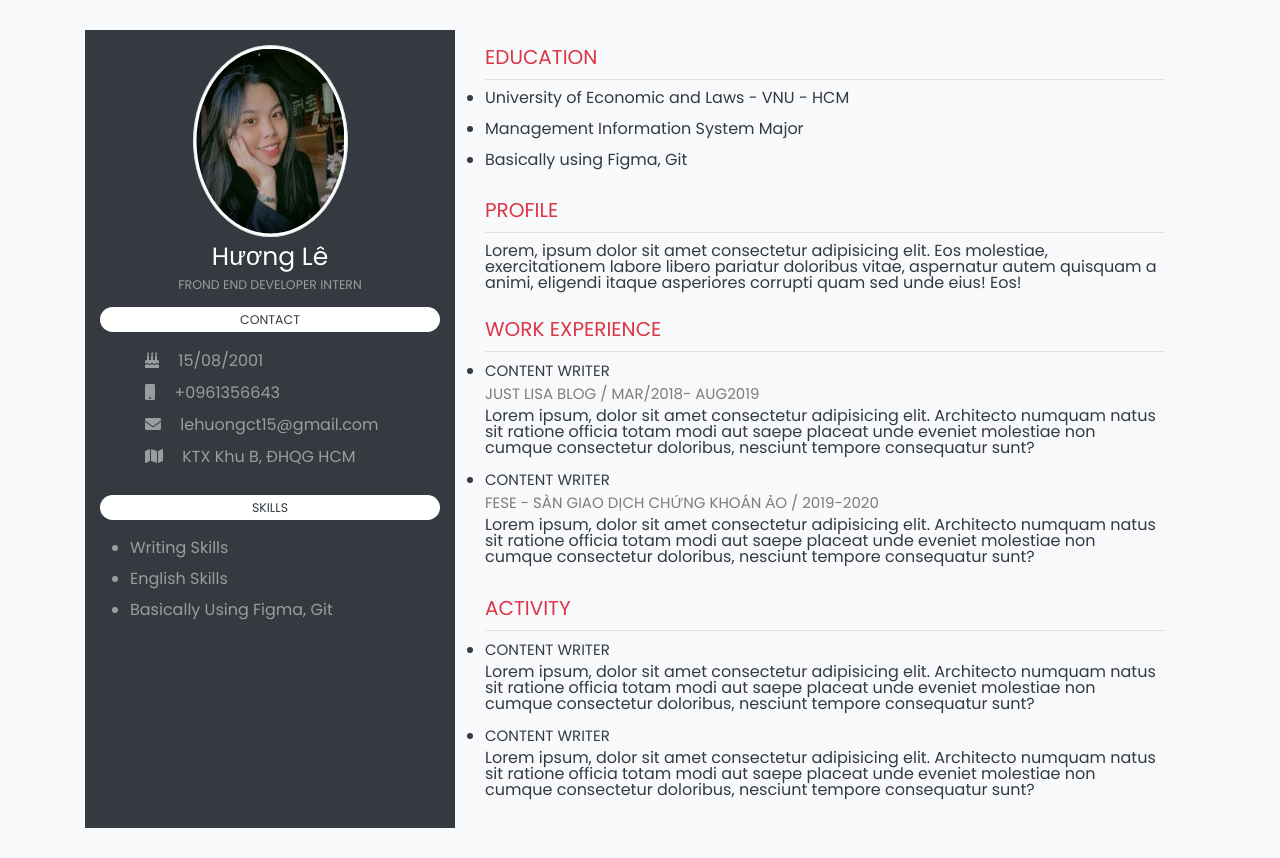
Repository: huongle158/cvhuongle
Page: index.html
The author's editor kept a copy of each file at every save. The page is drawn from the files as they stood at one save, then again after the next save.
The browser window is 1280 px wide. The pictures show the whole page.
Some web libraries are served in a nearby version.

Above is the page before, as saved 2021-12-13 00:02:01.

After the next save:
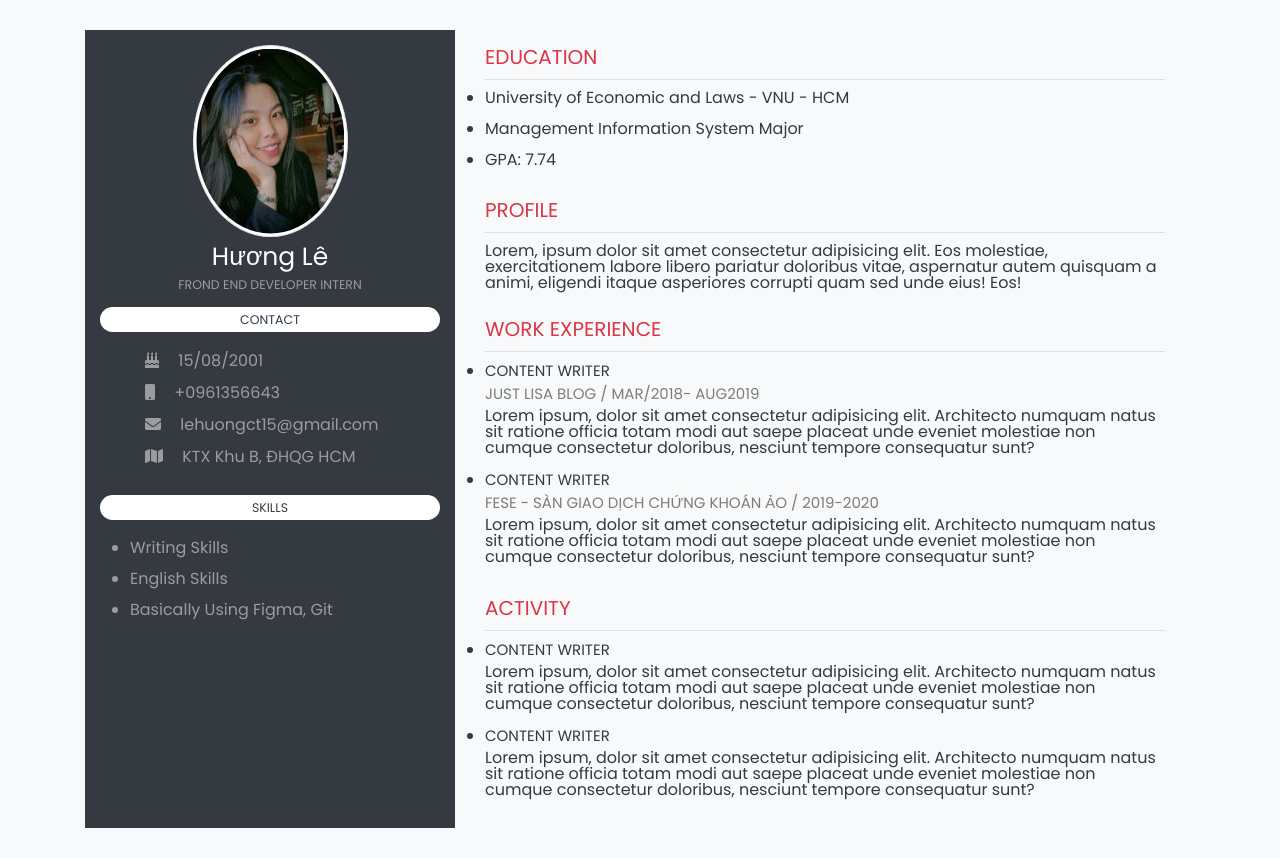
Saved 52 s later.
--- a/index.html
+++ b/index.html
@@ -79,7 +79,7 @@
                  <ul class="list">
                 <li class="list-item mb-4">University of Economic and Laws - VNU - HCM</li>
                 <li class="list-item mb-4">Management Information System Major</li>
-                <li class="list-item mb-4">Basically using Figma, Git</li>
+                <li class="list-item mb-4">GPA: 7.74</li>
               </ul>
 
 
